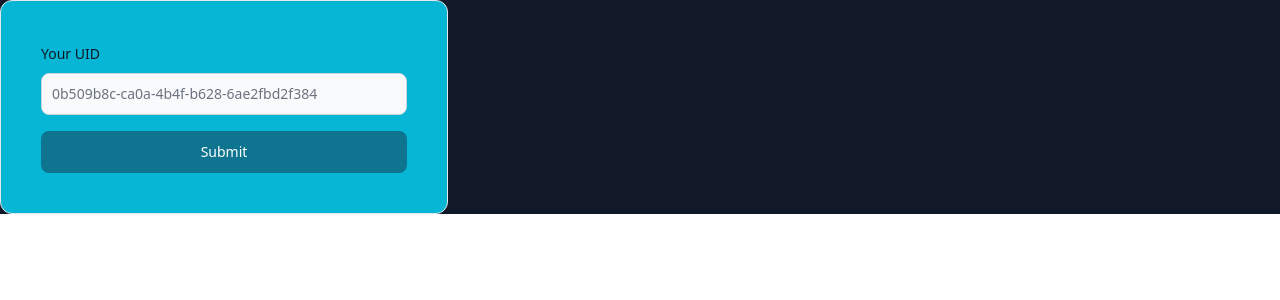
Repository: PrzemyslawJura/Frontend
Page: /
These files come from the project's save history. The page is drawn as it stood at one moment and after a run of saves; the edit follows.
The browser window is 1280 px wide. The pictures show the whole page.
The project was rebuilt for these pictures with package versions that can differ from the ones it lists, and the page was loaded fresh each time. Also part of the build but not shown: vite.config.ts.

Above is the page before, as saved 2024-07-28 08:47:19.

After the next 3 saves:
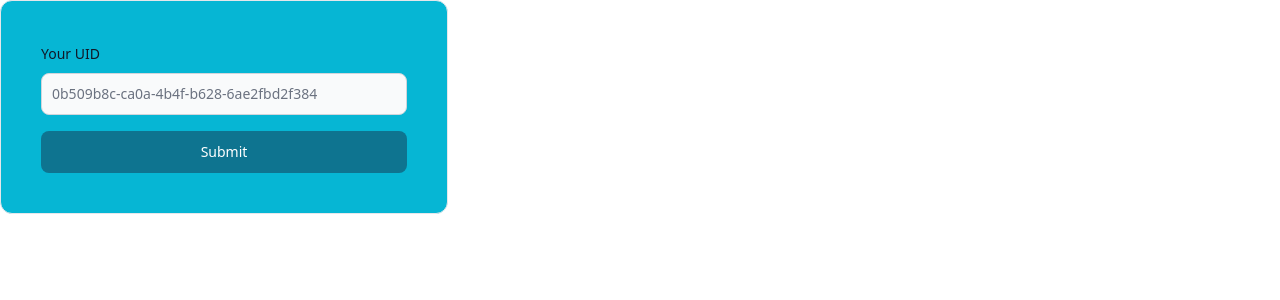
The 3 saves are shown as one change because 2 did not build or start.
The last was saved 2 days later.
--- a/src/pages/Login/Login.tsx
+++ b/src/pages/Login/Login.tsx
@@ -3,7 +3,7 @@ import { LoginForm } from '../../components/form/LoginForm'
 function Login() {
   return (
     <>
-      <div className='bg-gray-900'>
+      <div >
         <div className="p-10 bg-cyan-500 max-w-md border rounded-xl">
           <LoginForm/>
         </div>
